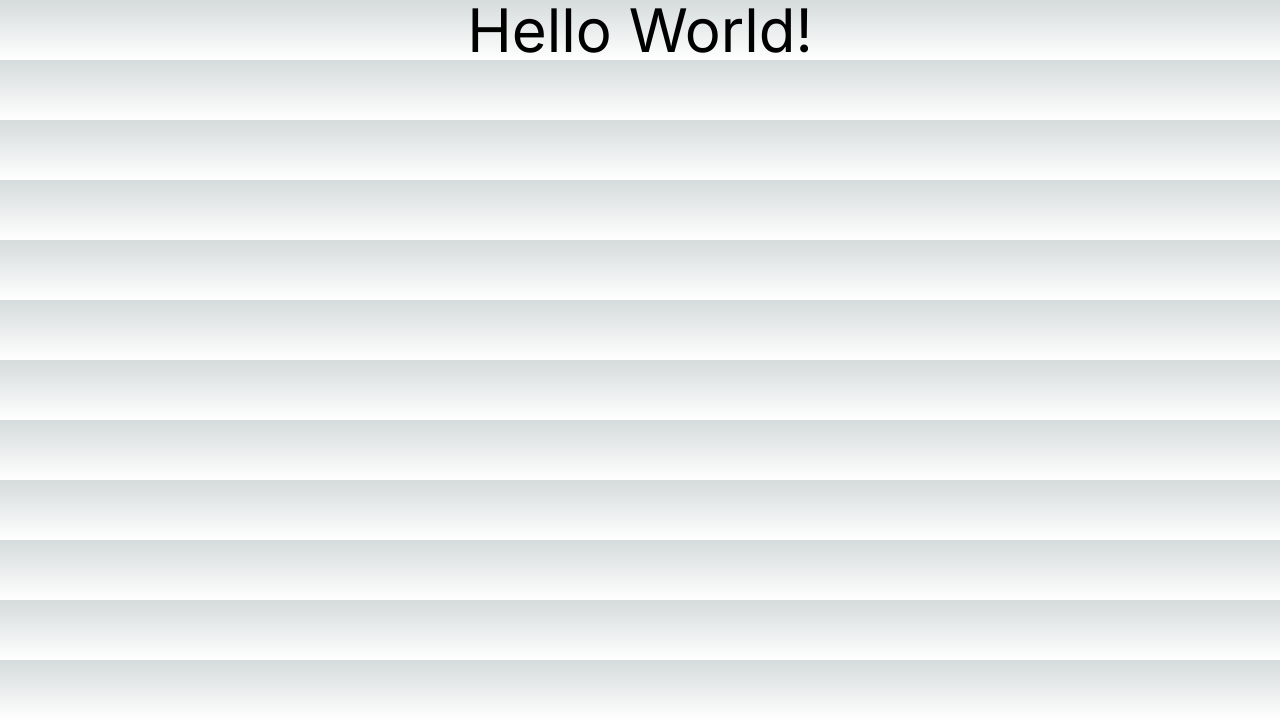
Repository: punitbathija/financemaster
Page: /
The author's editor kept a copy of each file at every save. The page is drawn from the files as they stood at one save, then again after the next save.
The browser window is 1280 px wide. The pictures show the whole page.
The project was rebuilt for these pictures with package versions that can differ from the ones it lists, and the page was loaded fresh each time. The framework's server and built-in components were replaced by stand-ins that run in the browser. Also part of the build but not shown: next.config.js.

Above is the page before, as saved 2023-06-08 12:42:29.

After the next save:
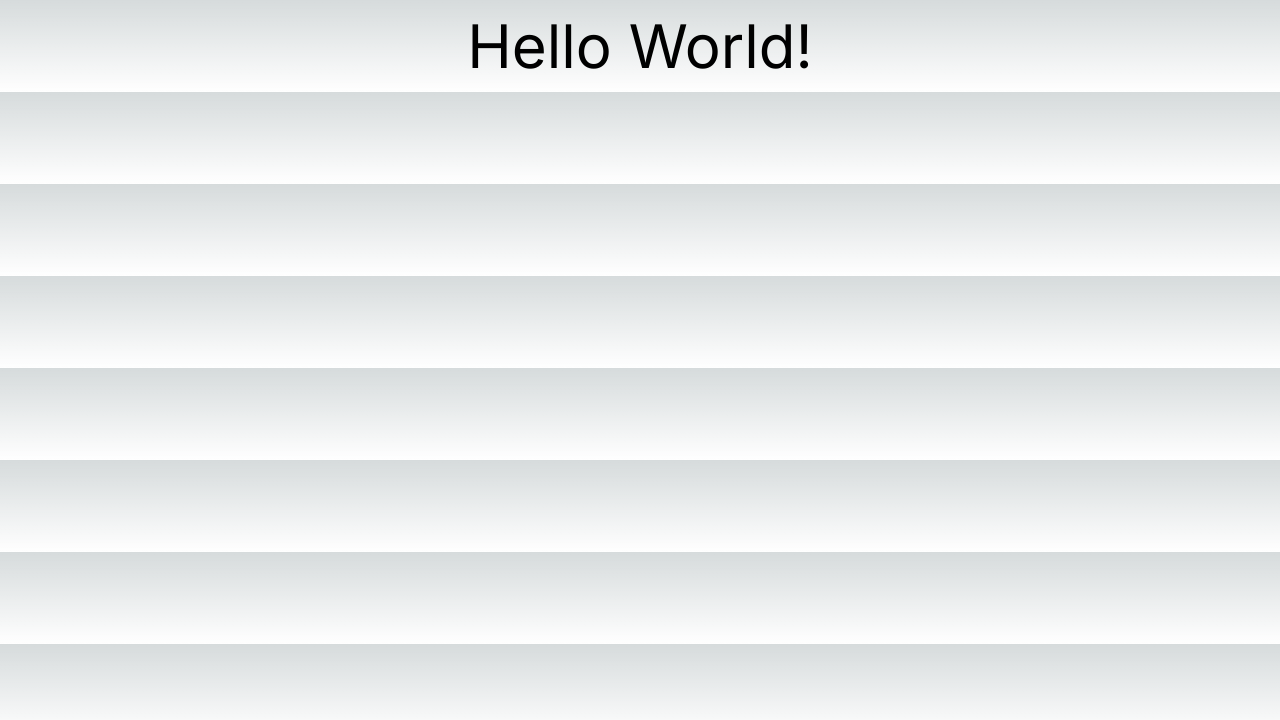
Saved 6 s later.
--- a/src/app/page.js
+++ b/src/app/page.js
@@ -1,7 +1,7 @@
 import React from "react";
 
 const page = () => {
-  return <div className="text-6xl text-center">Hello World!</div>;
+  return <div className="text-6xl text-center p-4">Hello World!</div>;
 };
 
 export default page;
